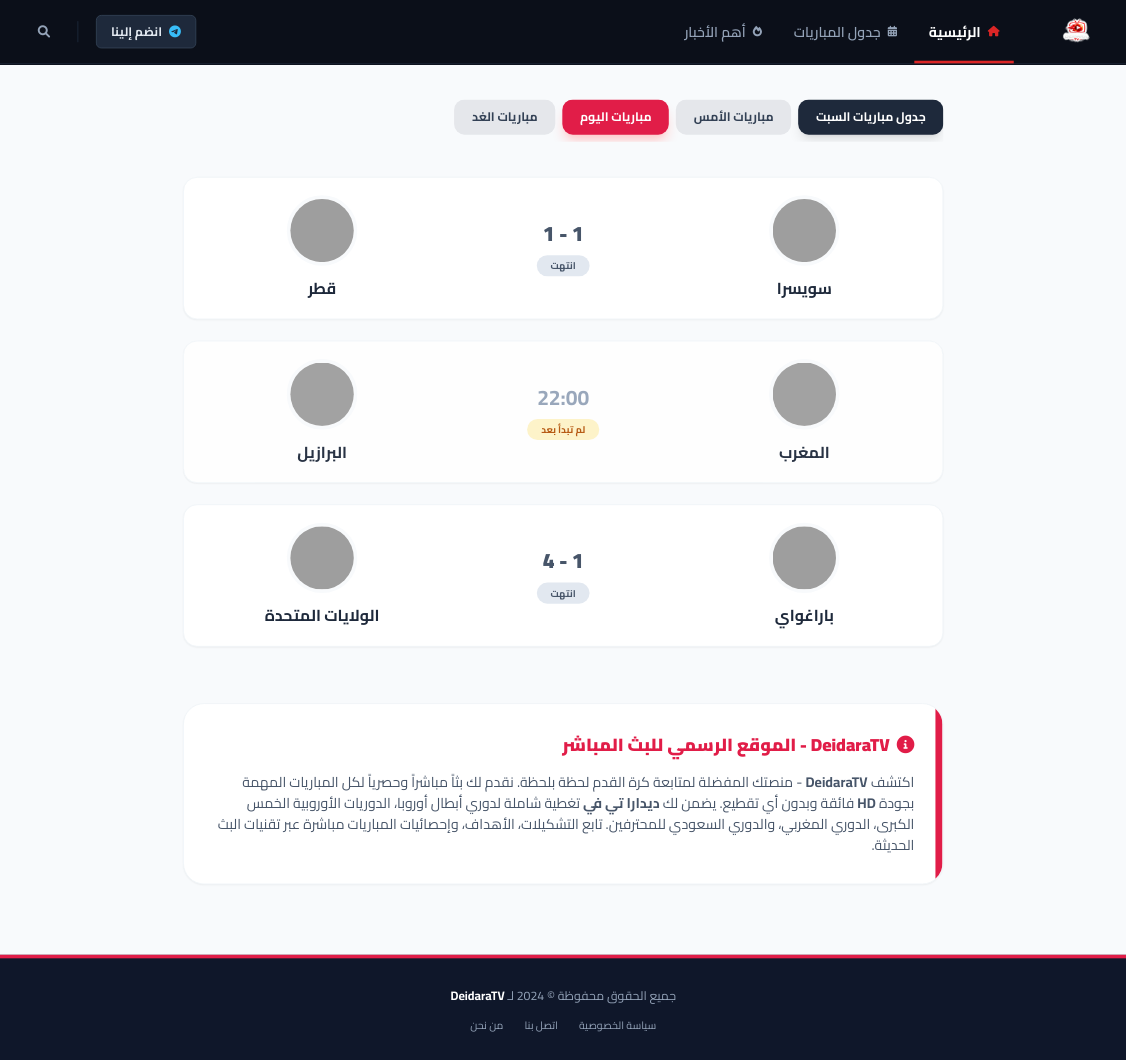
Repository: zakariax05/deidaraTV
Page: index.html
The author's editor kept a copy of each file at every save. The page is drawn from the files as they stood at one save, then again after the next save.
The browser window is 1280 px wide. The pictures show the whole page, at 88% of full size.
Pictures or frames that could not be fetched are drawn as grey boxes. Some web libraries are served in a nearby version.

Above is the page before, as saved 2026-06-14 03:47:44.

After the next save:
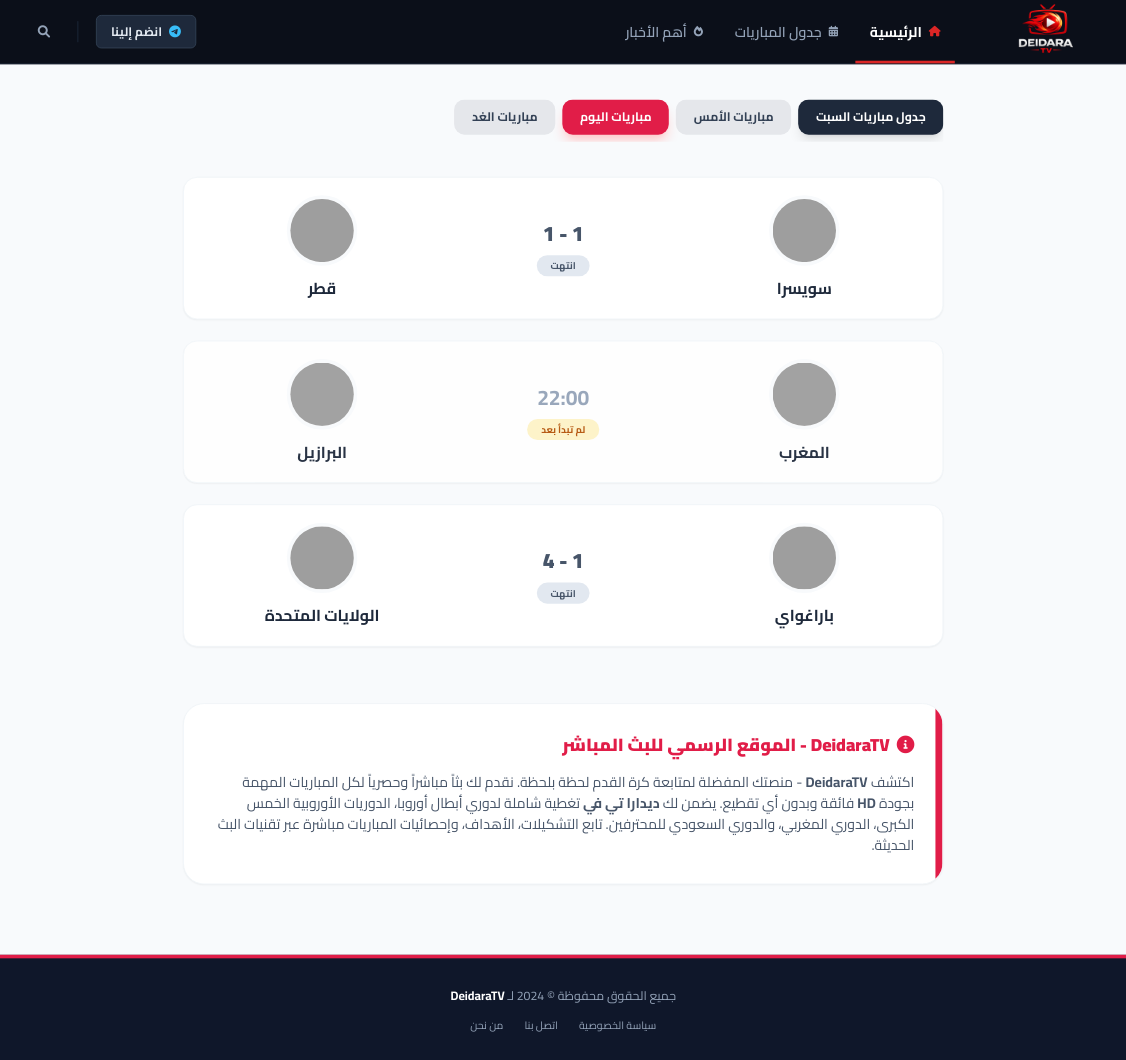
Saved 60 s later.
--- a/index.html
+++ b/index.html
@@ -49,8 +49,7 @@
           <div onclick="window.location.reload()"
             class="flex items-center gap-3 cursor-pointer group select-none relative z-50">
             <img src="imgs/logo-deidaratv.png" alt="DeidaraTV Logo"
-              class="h-10 md:h-12 w-auto object-contain transition-opacity hover:opacity-80"
-              style="filter: drop-shadow(1px 1px 0px #fff) drop-shadow(-1px -1px 0px #fff) drop-shadow(1px -1px 0px #fff) drop-shadow(-1px 1px 0px #fff);">
+              class="h-[60px] md:h-[115px] w-auto object-contain transition-opacity hover:opacity-80">
           </div>
 
           <nav class="hidden lg:flex items-center gap-1 h-full">
